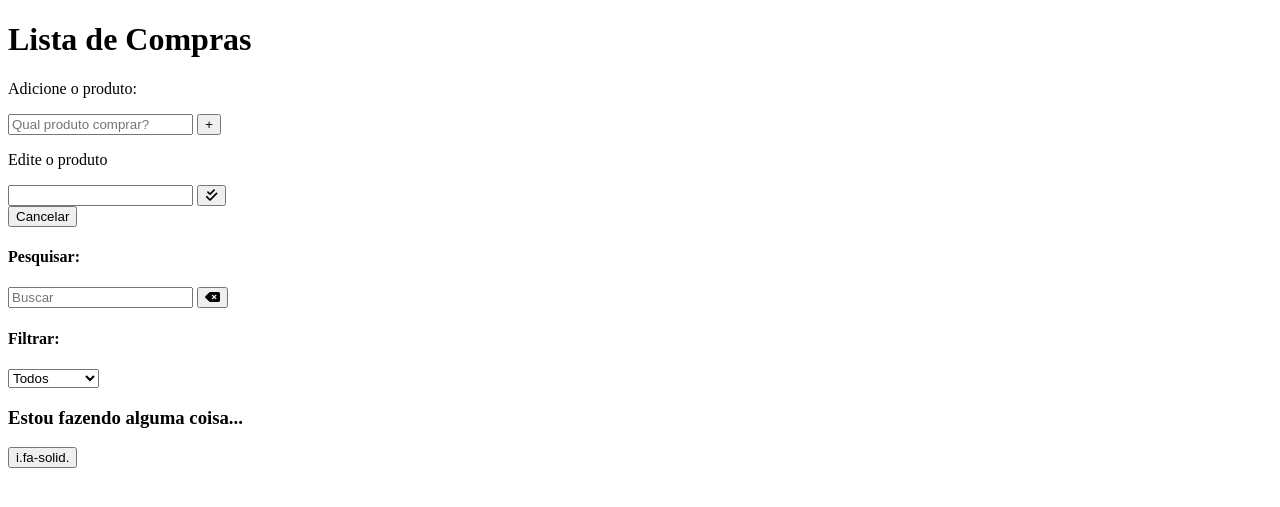
Repository: Dkrvalho/mercado
Page: index.html
These files come from the project's save history. The page is drawn as it stood at one moment and after a run of saves; the edit follows.
The browser window is 1280 px wide. The pictures show the whole page.

Above is the page before, as saved 2023-01-09 12:31:16.

### index.html
<!DOCTYPE html>
<html lang="en">
<head>
    <meta charset="UTF-8">
    <meta http-equiv="X-UA-Compatible" content="IE=edge">
    <meta name="viewport" content="width=device-width, initial-scale=1.0">
    <!-- CSS -->
    <link rel="stylesheet" href="css/style.css">
    <!-- Font Awesome -->
    <link rel="stylesheet" href="https://cdnjs.cloudflare.com/ajax/libs/font-awesome/6.2.1/css/all.min.css" integrity="sha512-MV7K8+y+gLIBoVD59lQIYicR65iaqukzvf/nwasF0nqhPay5w/9lJmVM2hMDcnK1OnMGCdVK+iQrJ7lzPJQd1w==" crossorigin="anonymous" referrerpolicy="no-referrer" />
    <!-- JS -->
    <script src="js/script.js" defer></script>
    <!-- defer faz com que o js seja carregado após o html -->
    <title>Lista de Compras</title>
</head>
    <main class="container">
        <header>
            <h1>Lista de Compras</h1>
        </header>
        <form id="form">
            <p>Adicione o produto:</p>
            <div class="form-control">
                <input type="text" id="todo-input" placeholder="Qual produto comprar?">
                <button type="submit">
                    <i class="fa-thin fa-plus"></i>
                </button>
            </div>
        </form>
        <form id="edit-form">
            <p>Edite o produto</p>
            <div id="form-control">
                <input type="text" id="edit-input">
                <button type="submit">
                    <i class="fa-solid fa-check-double"></i>
                </button>
            </div>
            <button id="cancel-edit-btn">Cancelar</button>
        </form>
        <div id="tollbar">
            <div id="search">
                <h4>Pesquisar:</h4>
                <form>
                    <input type="text" id="search-input" placeholder="Buscar">
                    <button id="erase-btn">
                        <i class="fa-solid fa-delete-left"></i>
                    </button>
                </form>
            </div>
        </div>
        <div id="filter">
            <h4>Filtrar:</h4>
            <select id="filter-select">
                <option value="all">Todos</option>
                <option value="done">Comprados</option>
                <option value="todo">A comprar</option>
            </select>
        </div>
        <div id="todo-list">
            <div id="todo">
                <h3>Estou fazendo alguma coisa...</h3>
                <button class="finih-todo">
                    i.fa-solid.
                </button>
            </div>
        </div>
    </main>
<body>

</body>
</html>

Loaded but not shown: css/style.css (no copy from this time; the picture is the same without it); js/script.js (no copy from this time; the picture is the same without it)

After the next 2 saves:
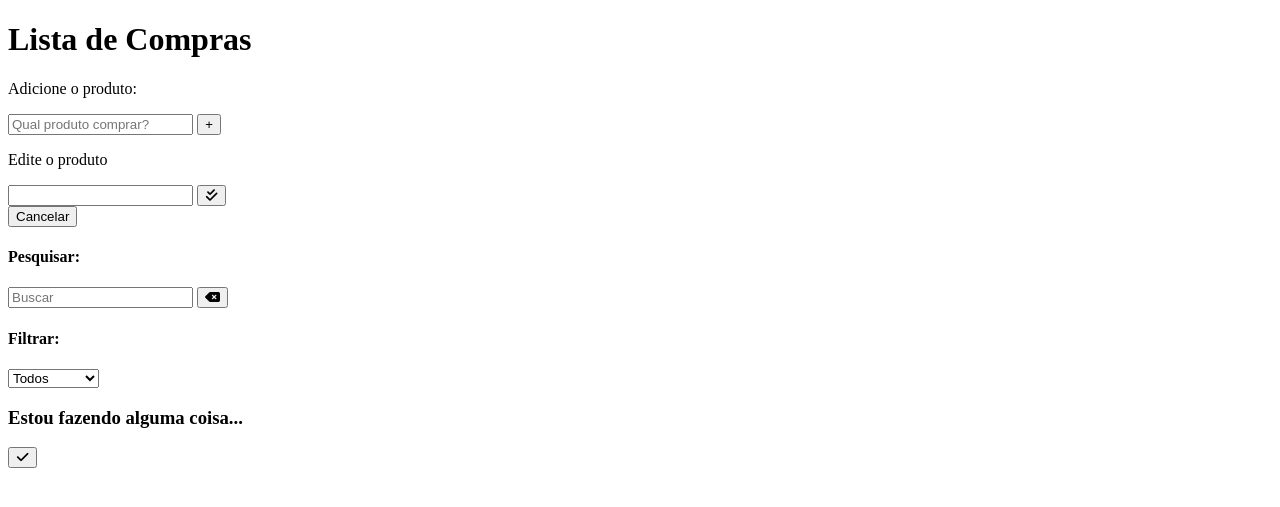
The 2 saves are shown as one change because they came seconds apart.
The last was saved 6 s later.
--- a/index.html
+++ b/index.html
@@ -59,7 +59,7 @@
             <div id="todo">
                 <h3>Estou fazendo alguma coisa...</h3>
                 <button class="finih-todo">
-                    i.fa-solid.
+                    <i class="fa-solid fa-check"></i>
                 </button>
             </div>
         </div>
